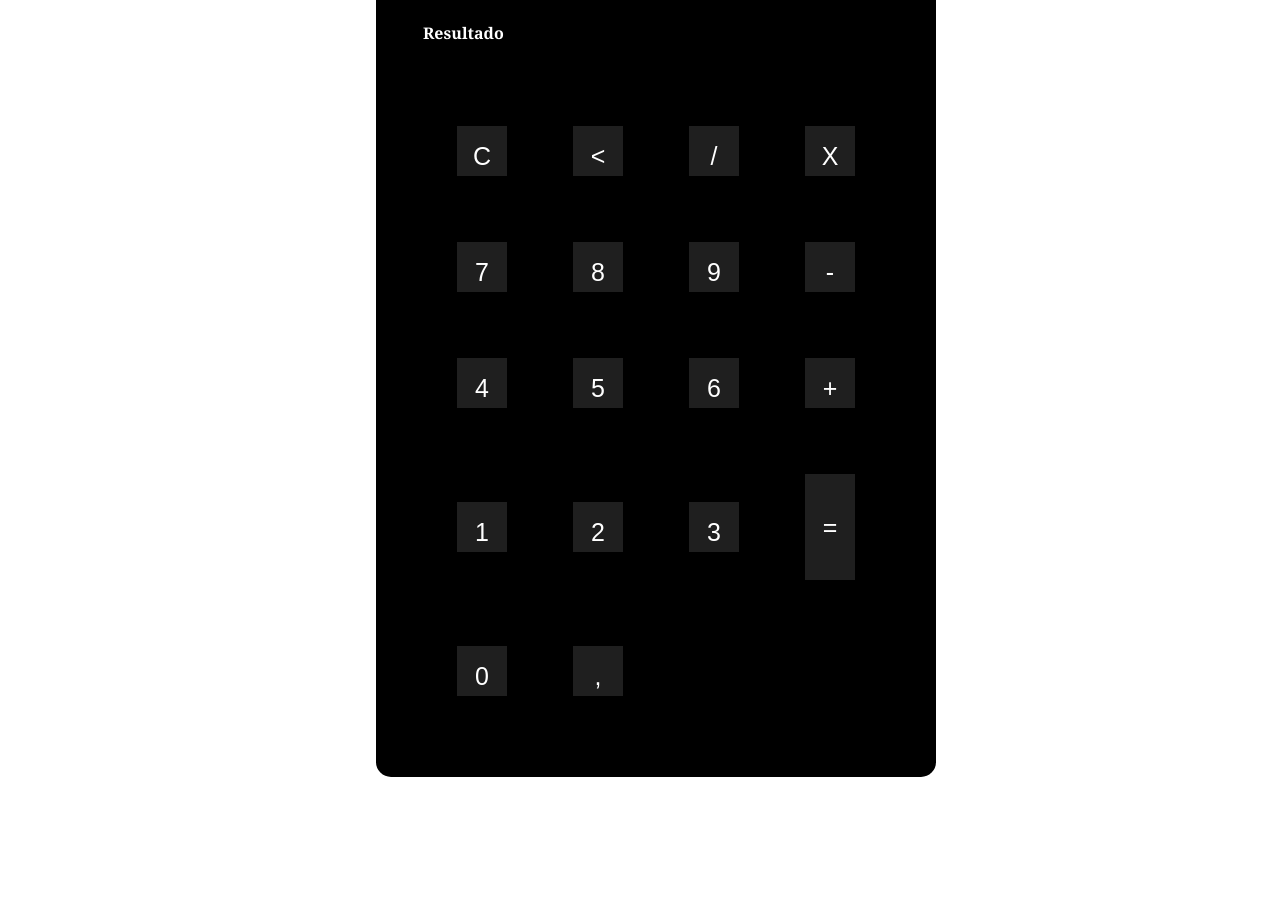
Repository: marllon-hetzler/calculadora.js
Page: interface.html
The author's editor kept a copy of each file at every save. The page is drawn from the files as they stood at one save, then again after the next save.
The browser window is 1280 px wide. The pictures show the whole page.

Above is the page before, as saved 2022-11-04 19:23:21.

### interface.html
<!DOCTYPE html>
<html lang="en">
<head>
    <meta charset="UTF-8">
    <meta http-equiv="X-UA-Compatible" content="IE=edge">
    <meta name="viewport" content="width=, initial-scale=1.0">
    <title>Document</title>
</head>
<body>
    <style>
        *{
            margin: 1rem;
            padding: 1rem;
        }
        .fundo{
            background-image:linear-gradient(45deg,black), red;
            height:100vh;
            color: white;
            font-family: Georgia, 'Times New Roman', Times, serif;
            font-weight: bold;

        }
        .calculadora{
            position:absolute;
            background-color: black;
            top:50%;
            left: 50%;
            transform:translate(-50%,-50%) ;
            border-radius: 15px;
            padding: 15px;


        }
        .botao{
            width: 50px;
            height: 50px;
            font-size: 25px;
            cursor:pointer;
            background-color: rgb(31,31,31) ;
            border: none;
            color:white;

            }
        .botao:hover{
            background-color: darkgray;
        }
    </style>
    <div class="fundo">
    <h1>Marllon Antonio Machado</h1>
    <div class="calculadora">
        <p>Resultado</p>
        <table>
            <tr>
                <td><button class ="botao">C</button></td>
                <td><button class ="botao"><</button></td>
                <td><button class ="botao">/</button></td>
                <td><button class ="botao">X</button></td>
            </tr>

            <tr>
                <td><button class ="botao">7</button></td>
                <td><button class ="botao">8</button></td>
                <td><button class ="botao">9</button></td>
                <td><button class ="botao">-</button></td>
            </tr>

            <tr>
                <td><button class ="botao">4</button></td>
                <td><button class ="botao">5</button></td>
                <td><button class ="botao">6</button></td>
                <td><button class ="botao">+</button></td>
            </tr>

            <tr>
                <td><button class ="botao">1</button></td>
                <td><button class ="botao">2</button></td>
                <td><button class ="botao">3</button></td>
                <td><button class ="botao" style="height:106px;">=</button></td>
            </tr>

            <tr>
                <td><button class ="botao">0</button></td>
                <td><button class ="botao">,</button></td>

            </tr>
        </table>
    </div>
    </div>
</body>
</html>

After the next save:
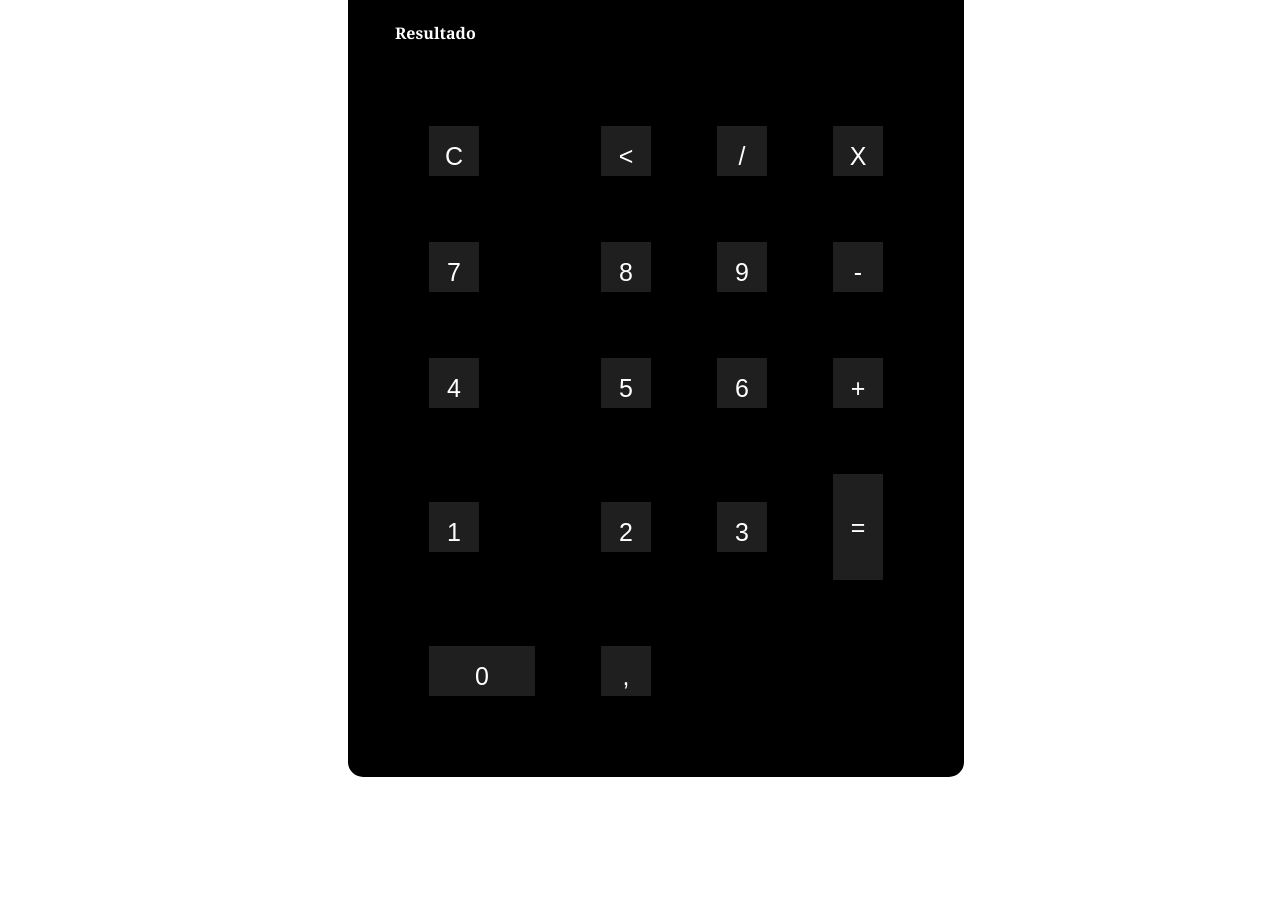
Saved 108 s later.
--- a/interface.html
+++ b/interface.html
@@ -79,7 +79,7 @@
             </tr>
 
             <tr>
-                <td><button class ="botao">0</button></td>
+                <td><button class ="botao" style="width:106px ;">0</button></td>
                 <td><button class ="botao">,</button></td>
 
             </tr>
